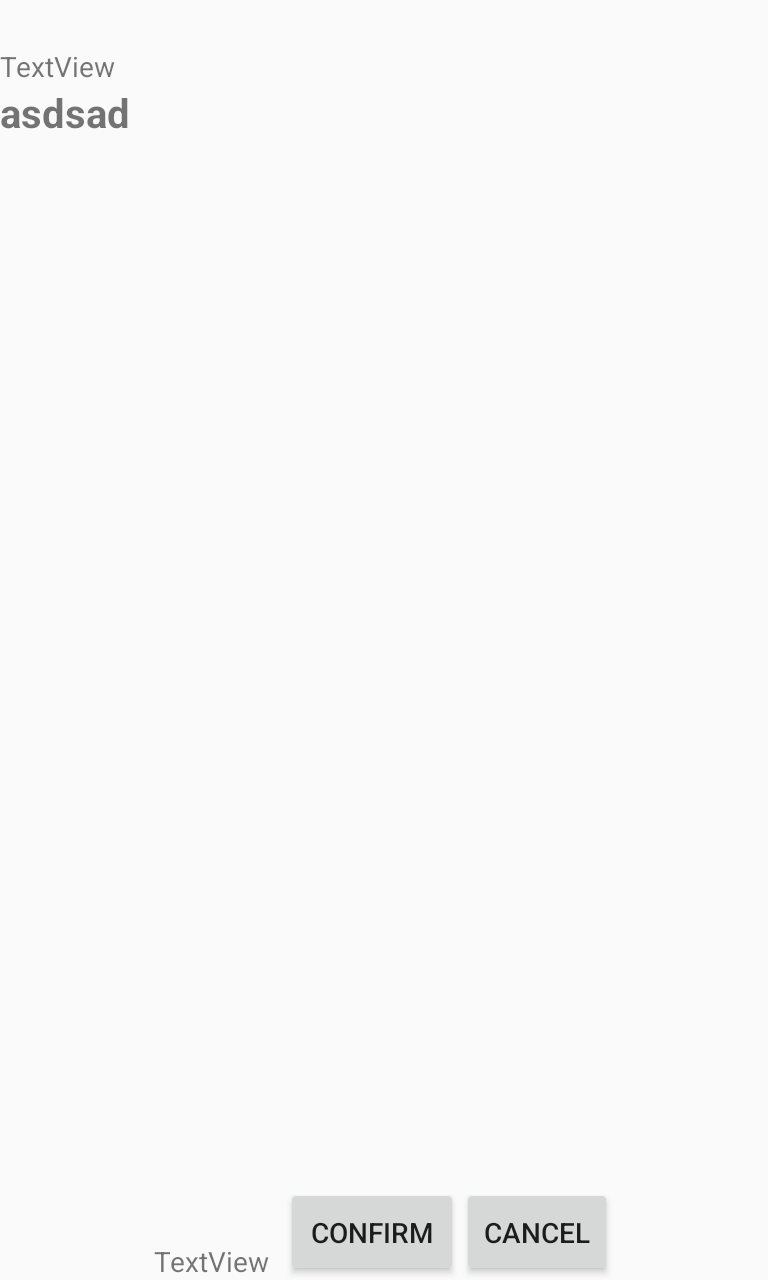
Repository: TeamZhao/Assignment-Tracker
Layout: AssignmentTracker/res/layout/activity_delete_semester_confirmation.xml
An editor plug-in stored every save of this project. The layout is shown before and after a run of saves, followed by the edit.
It is drawn on a 768 x 1280 px phone screen (xhdpi) without system bars, with theme AppTheme; the app's code is not run.

Above is the layout before, as saved 2014-11-15 06:06:33.

After the next 2 saves:
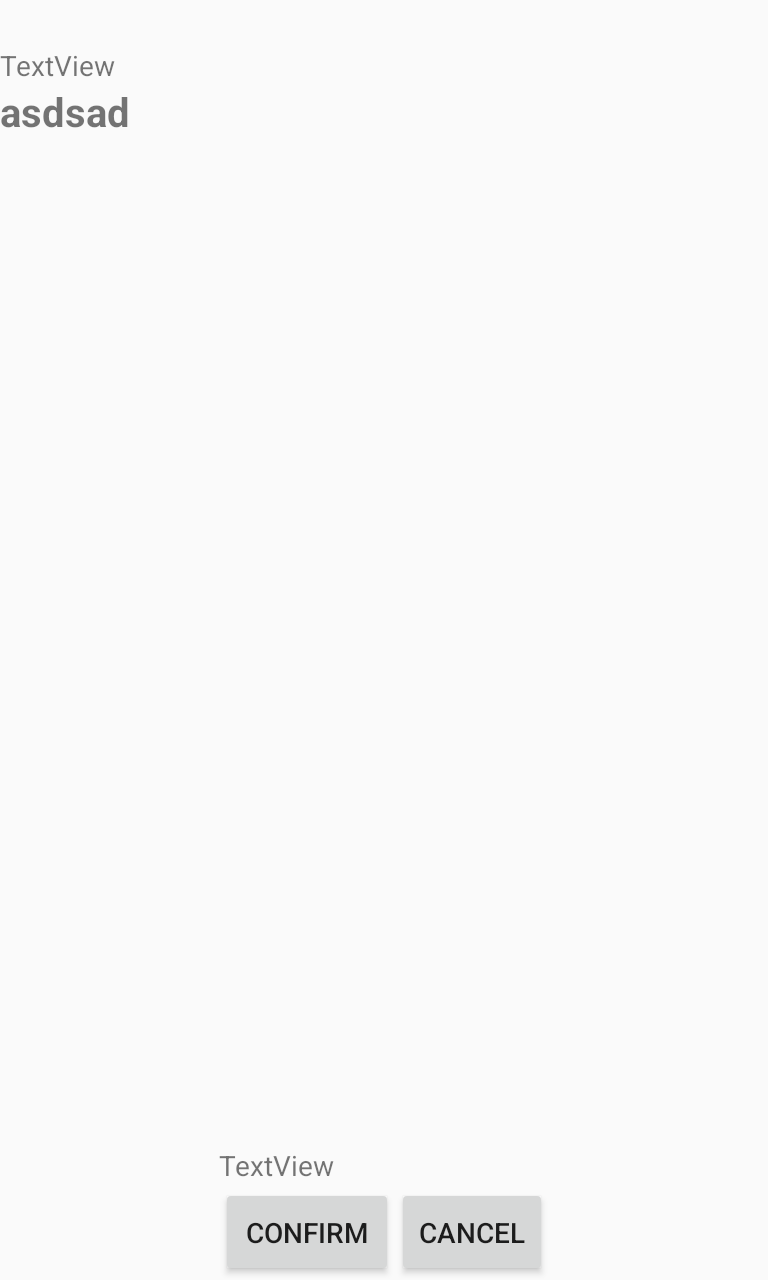
The 2 saves are shown as one change because they came seconds apart.
The last was saved 2 min 38 s later.
--- a/AssignmentTracker/res/layout/activity_delete_semester_confirmation.xml
+++ b/AssignmentTracker/res/layout/activity_delete_semester_confirmation.xml
@@ -19,30 +19,24 @@
             android:layout_height="wrap_content"
             android:orientation="vertical" >
 
-            <LinearLayout
+            <TextView
+                android:id="@+id/textView_SemInfoNotice"
                 android:layout_width="wrap_content"
                 android:layout_height="wrap_content"
-                android:orientation="vertical" >
+                android:text="TextView" />
 
-                <TextView
-                    android:id="@+id/textView_SemInfoNotice"
-                    android:layout_width="wrap_content"
-                    android:layout_height="wrap_content"
-                    android:text="TextView" />
-
-                <TextView
-                    android:id="@+id/textView_DisplaySemTitle"
-                    android:layout_width="wrap_content"
-                    android:layout_height="wrap_content"
-                    android:layout_alignParentLeft="true"
-                    android:layout_alignParentTop="true"
-                    android:scrollbarAlwaysDrawVerticalTrack="true"
-                    android:scrollbarStyle="insideOverlay"
-                    android:scrollbars="vertical"
-                    android:text="asdsad"
-                    android:textSize="20sp"
-                    android:textStyle="bold" />
-            </LinearLayout>
+            <TextView
+                android:id="@+id/textView_DisplaySemTitle"
+                android:layout_width="wrap_content"
+                android:layout_height="wrap_content"
+                android:layout_alignParentLeft="true"
+                android:layout_alignParentTop="true"
+                android:scrollbarAlwaysDrawVerticalTrack="true"
+                android:scrollbarStyle="insideOverlay"
+                android:scrollbars="vertical"
+                android:text="asdsad"
+                android:textSize="20sp"
+                android:textStyle="bold" />
         </LinearLayout>
     </TableRow>
 
@@ -71,30 +65,36 @@
         android:layout_weight="1"
         android:gravity="bottom|center" >
 
-        <TextView
-            android:id="@+id/textView_ContinueNotice"
+        <LinearLayout
             android:layout_width="wrap_content"
             android:layout_height="wrap_content"
-            android:text="TextView" />
+            android:orientation="vertical" >
 
-        <LinearLayout
-            android:layout_width="wrap_content"
-            android:layout_height="wrap_content" >
-
-            <Button
-                android:id="@+id/btn_deleteSem"
+            <TextView
+                android:id="@+id/textView_ContinueNotice"
                 android:layout_width="wrap_content"
                 android:layout_height="wrap_content"
-                android:layout_weight="1"
-                android:text="@string/confirm" />
+                android:text="TextView" />
 
-            <Button
-                android:id="@+id/btn_cancelDeleteSem"
+            <LinearLayout
                 android:layout_width="wrap_content"
-                android:layout_height="wrap_content"
-                android:layout_weight="1"
-                android:minWidth="24dip"
-                android:text="@string/cancel" />
+                android:layout_height="wrap_content" >
+
+                <Button
+                    android:id="@+id/btn_deleteSem"
+                    android:layout_width="wrap_content"
+                    android:layout_height="wrap_content"
+                    android:layout_weight="1"
+                    android:text="@string/confirm" />
+
+                <Button
+                    android:id="@+id/btn_cancelDeleteSem"
+                    android:layout_width="wrap_content"
+                    android:layout_height="wrap_content"
+                    android:layout_weight="1"
+                    android:minWidth="24dip"
+                    android:text="@string/cancel" />
+            </LinearLayout>
         </LinearLayout>
     </TableRow>
 
